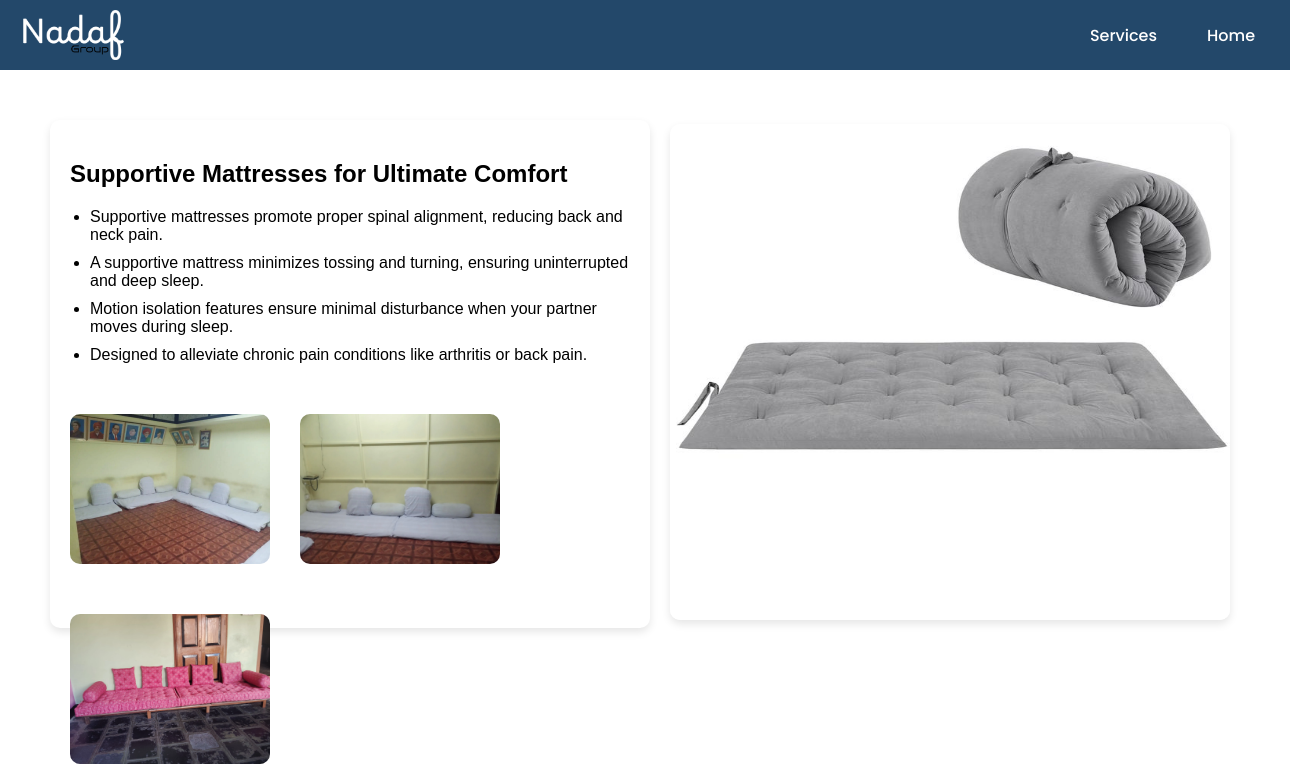
Repository: nadafgroup/rashidgadiUI
Page: src/rent.html
The author's editor kept a copy of each file at every save. The page is drawn from the files as they stood at one save, then again after the next save.
The browser window is 1280 px wide. The page is 1290 px wide, so the pictures cover 1290 px, including what lies to the right of the window. The pictures show the whole page.

Above is the page before, as saved 2025-01-29 16:08:40.
Console error: TypeError: Cannot read properties of null (reading 'addEventListener')

After the next save:
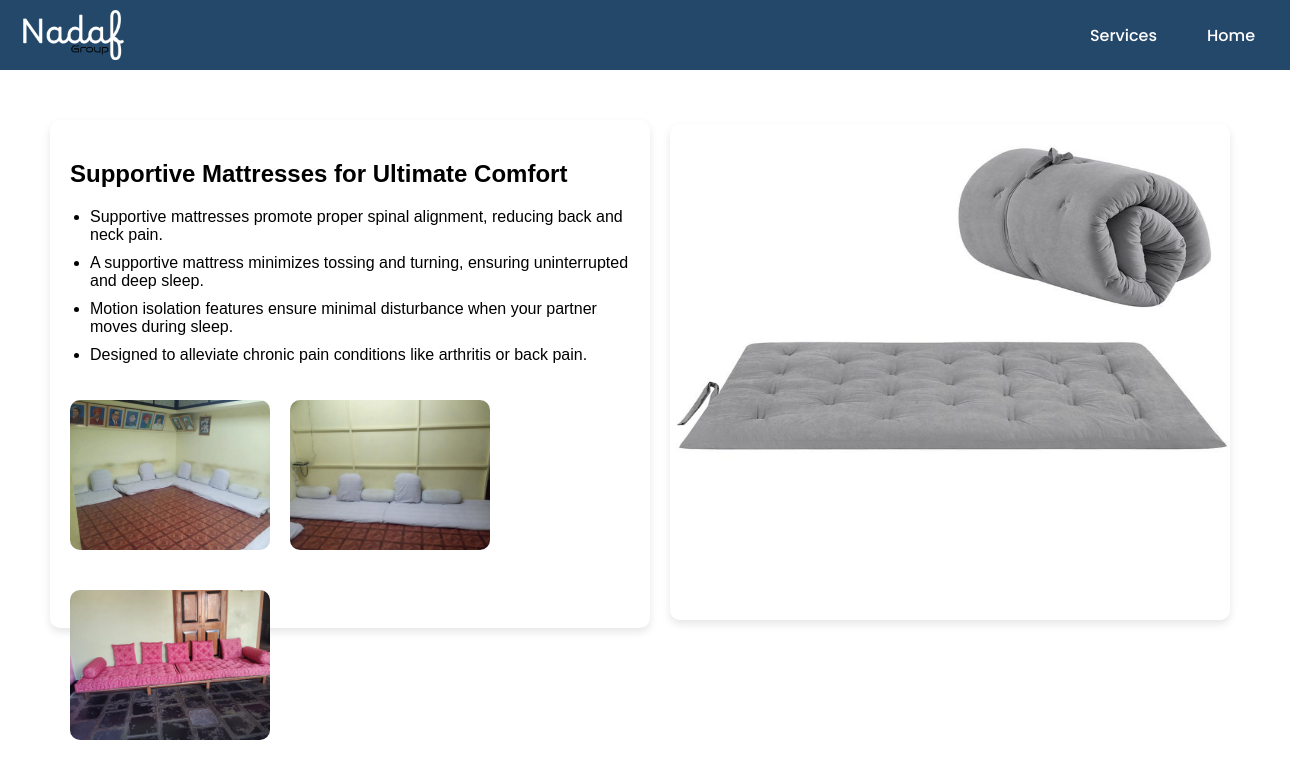
Saved 34 s later.
--- a/src/products.css
+++ b/src/products.css
@@ -161,8 +161,7 @@ header {
     width: 90%;
     display: flex;
     flex-wrap: wrap;
-    gap: 10px;
-    margin-top: 30px;
+
     animation: fadeIn 1.5s;
 }
 
